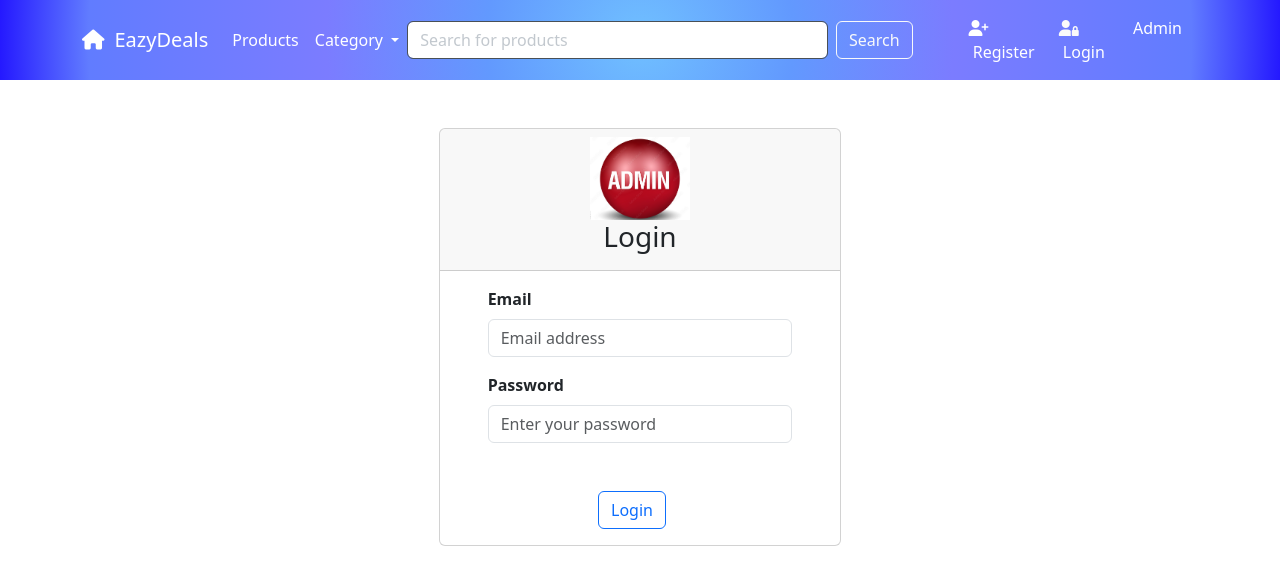
Repository: pratikp99/E-Commerce-Webapp-
Page: http://localhost/Revshop_WebApp/adminlogin.jsp
The author's editor kept a copy of each file at every save. The page is drawn from the files as they stood at one save, then again after the next save.
The browser window is 1280 px wide. The pictures show the whole page.
The page is served by Tomcat 10. Other server files are loaded and not shown. Queries for data that is not in the repository find no rows.

Above is the page before, as saved 2024-08-30 08:26:20.

### Revshop WebApp/src/main/webapp/adminlogin.jsp
<%@ page language="java" contentType="text/html; charset=ISO-8859-1"
	pageEncoding="ISO-8859-1"%>
<!DOCTYPE html>
<html>
<head>
<meta charset="ISO-8859-1">
<title>Admin Login</title>
<%@include file="Components/common_css_js.jsp"%>
<style>
label {
	font-weight: bold;
}
</style>
</head>
<body>
	<!--navbar -->
	<%@include file="Components/navbar.jsp"%>

	<div class="container-fluid">
		<div class="row mt-5">
			<div class="col-md-4 offset-md-4">
				<div class="card">
					<div class="card-header px-5">
						<div class="container text-center">
							<img src="Images/admin.png" style="max-width: 100px;"
								class="img-fluid">
						</div>
						<h3 class="text-center">Login</h3>
						<%@include file="Components/alert_message.jsp"%>
					</div>
					<div class="card-body px-5">
						<!--login-form-->
						<form id="login-form" action="login" method="post">
							<input type="hidden" name="login" value="admin">

							<div class="mb-3">
								<label class="form-label">Email</label> <input type="email"
									name="email" placeholder="Email address" class="form-control"
									required>
							</div>
							<div class="mb-2">
								<label class="form-label">Password</label> <input
									type="password" name="password"
									placeholder="Enter your password" class="form-control" required>
							</div>

							<div id="login-btn" class="container text-center mt-5">
								<button type="submit" class="btn btn-outline-primary me-3">Login</button>
							</div>
						</form>
					</div>
				</div>
			</div>
		</div>
	</div>

</body>
</html>

### Revshop WebApp/src/main/webapp/Components/common_css_js.jsp
<!--CSS-->
<link href="https://cdn.jsdelivr.net/npm/bootstrap@5.3.0/dist/css/bootstrap.min.css" rel="stylesheet" integrity="sha384-9ndCyUaIbzAi2FUVXJi0CjmCapSmO7SnpJef0486qhLnuZ2cdeRhO02iuK6FUUVM" crossorigin="anonymous">
<!--font awesome-->
<!--<link rel="stylesheet" href="https://cdnjs.cloudflare.com/ajax/libs/font-awesome/4.7.0/css/font-awesome.min.css">
-->
<link rel="stylesheet" href="https://cdnjs.cloudflare.com/ajax/libs/font-awesome/6.4.0/css/all.min.css">
<link rel="stylesheet" href="CSS/style.css"/>


<!--JavaScript-->
<script src="https://cdn.jsdelivr.net/npm/bootstrap@5.3.0/dist/js/bootstrap.bundle.min.js" integrity="sha384-geWF76RCwLtnZ8qwWowPQNguL3RmwHVBC9FhGdlKrxdiJJigb/j/68SIy3Te4Bkz" crossorigin="anonymous"></script>
<script src="JS/script.js"></script>

<!--jQuery-->
<script src="https://code.jquery.com/jquery-3.7.0.min.js" integrity="sha256-2Pmvv0kuTBOenSvLm6bvfBSSHrUJ+3A7x6P5Ebd07/g=" crossorigin="anonymous"></script>
<!--sweet alert-->
<script src="https://unpkg.com/sweetalert/dist/sweetalert.min.js"></script>
<script src="https://cdn.jsdelivr.net/npm/sweetalert2@11"></script>

### Revshop WebApp/src/main/webapp/Components/navbar.jsp
<%@page import="com.revature.ecom.DAO.categoryDAO"%>
<%@page import="com.revature.ecom.Models.adminModel"%>
<%@page import="com.revature.ecom.Models.cartModel"%>
<%@page import="com.revature.ecom.DAO.cartDAO"%>
<%@page import="com.revature.ecom.Models.userModel"%>
<%@page import="java.util.List"%>
<%@page import="com.revature.ecom.Models.categoryModel"%>
<%@page import="com.revature.ecom.Utils.DatabaseUtil"%>
<%@page import="com.revature.ecom.DAO.categoryDAO"%>
<%
userModel user = (userModel) session.getAttribute("activeUser");
adminModel admin = (adminModel) session.getAttribute("activeAdmin");

categoryDAO catDao = new categoryDAO(DatabaseUtil.getConnection());
List<categoryModel> categoryList = catDao.getAllCategories();
%>
<style>
.navbar {
	font-weight: 500;
}

.nav-link {
	color: rgb(255 255 255/ 100%) !important;
}

.dropdown-menu {
	background-color: #ffffff !important;
	border-color: #949494;
}

.dropdown-menu li a:hover {
	background-color: #808080 !important;
	color: white;
}
</style>
<nav class="navbar navbar-expand-lg custom-color" data-bs-theme="dark">

	<!-- admin nav bar -->
	<%
	if (admin != null) {
	%>
	<div class="container">
		<a class="navbar-brand" href="admin.jsp"><i
			class="fa-sharp fa-solid fa-house" style="color: #ffffff;"></i>&ensp;EazyDeals</a>
		<button class="navbar-toggler" type="button" data-bs-toggle="collapse"
			data-bs-target="#navbarSupportedContent"
			aria-controls="navbarSupportedContent" aria-expanded="false"
			aria-label="Toggle navigation">
			<span class="navbar-toggler-icon"></span>
		</button>
		<div class="collapse navbar-collapse" id="navbarSupportedContent">

			<div class="container text-end">
				<ul class="navbar-nav justify-content-end">
					<li class="nav-item"><button type="button"
							class="btn nav-link" data-bs-toggle="modal"
							data-bs-target="#add-category"><i class="fa-solid fa-plus fa-xs"></i>Add Category</button></li>
					<li class="nav-item"><button type="button"
							class="btn nav-link" data-bs-toggle="modal"
							data-bs-target="#add-product"><i class="fa-solid fa-plus fa-xs"></i>Add Product</button></li>
					<li class="nav-item"><a class="nav-link" aria-current="page"
						href="admin.jsp"><%=admin.getName()%></a></li>
					<li class="nav-item"><a class="nav-link" aria-current="page"
						href="LogoutServlet?user=admin"><i
							class="fa-solid fa-user-slash fa-sm" style="color: #fafafa;"></i>&nbsp;Logout</a></li>
				</ul>
			</div>
		</div>
	</div>
	<%
	} else {
	%>

	<!-- end -->

	<!-- for all -->
	<div class="container">
		<a class="navbar-brand" href="index.jsp"><i
			class="fa-sharp fa-solid fa-house" style="color: #ffffff;"></i>&ensp;EazyDeals</a>
		<button class="navbar-toggler" type="button" data-bs-toggle="collapse"
			data-bs-target="#navbarSupportedContent"
			aria-controls="navbarSupportedContent" aria-expanded="false"
			aria-label="Toggle navigation">
			<span class="navbar-toggler-icon"></span>
		</button>
		<div class="collapse navbar-collapse" id="navbarSupportedContent">
			<ul class="navbar-nav me-auto mb-2 mb-lg-0">
				<li class="nav-item"><a class="nav-link" href="products.jsp"
					role="button" aria-expanded="false"> Products </a>
				<li class="nav-item dropdown"><a
					class="nav-link dropdown-toggle" href="#" role="button"
					data-bs-toggle="dropdown" aria-expanded="false"> Category </a>
					<ul class="dropdown-menu">
						<li><a class="dropdown-item" href="products.jsp?category=0">All
								Products</a></li>
						<%
						for (categoryModel c : categoryList) {
						%>
						<li><a class="dropdown-item"
							href="products.jsp?category=<%=c.getCategoryId()%>"><%=c.getCategoryName()%></a></li>
						<%
						}
						%>
					</ul></li>
			</ul>
			<form class="d-flex pe-5" role="search" action="products.jsp"
				method="get">
				<input name="search" class="form-control me-2" size="50"
					type="search" placeholder="Search for products" aria-label="Search"
					style="background-color: white !important;">
				<button class="btn btn-outline-light" type="submit">Search</button>
			</form>

			<!-- when user is logged in -->
			<%
			if (user != null) {
				cartDAO cartDao = new cartDAO(DatabaseUtil.getConnection());
				int cartCount = cartDao.getCartCountByUserId(user.getUserId());
			%>
			<ul class="navbar-nav ml-auto">
				<li class="nav-item active pe-3"><a
					class="nav-link position-relative" aria-current="page"
					href="cart.jsp"><i class="fa-solid fa-cart-shopping"
						style="color: #ffffff;"></i> &nbsp;Cart<span
						class="position-absolute top-1 start-0 translate-middle badge rounded-pill bg-danger"><%=cartCount%></span></a></li>
				<li class="nav-item active pe-3"><a class="nav-link"
					aria-current="page" href="profile.jsp"><%=user.getUserName()%></a></li>
				<li class="nav-item pe-3"><a class="nav-link"
					aria-current="page" href="LogoutServlet?user=user"><i
						class="fa-solid fa-user-slash" style="color: #fafafa;"></i>&nbsp;Logout</a></li>
			</ul>
			<%
			} else {
			%>
			<ul class="navbar-nav ml-auto">
				<li class="nav-item active pe-2"><a class="nav-link"
					aria-current="page" href="register.jsp"> <i
						class="fa-solid fa-user-plus" style="color: #ffffff;"></i>&nbsp;Register
				</a></li>
				<li class="nav-item pe-2"><a class="nav-link"
					aria-current="page" href="login.jsp"><i
						class="fa-solid fa-user-lock" style="color: #fafafa;"></i>&nbsp;Login</a></li>
				<li class="nav-item pe-2"><a class="nav-link"
					aria-current="page" href="adminlogin.jsp">&nbsp;Admin</a></li>
			</ul>

		</div>
	</div>
	<%
	}
	}
	%>
	<!-- end  -->
</nav>

### Revshop WebApp/src/main/webapp/Components/alert_message.jsp
<%@page import="com.revature.ecom.Models.messageModel"%>
<%
messageModel messg = (messageModel) session.getAttribute("message");
if (messg != null) {
%>
<div class="alert <%=messg.getCssClass()%>" role="alert" id="alert">
	<%=messg.getMessage()%>
</div>
<%
session.removeAttribute("message");
}
%>
<script type="text/javascript">
	setTimeout(function() {
		$('#alert').alert('close');
	}, 3000);
</script>

### Revshop WebApp/src/main/java/com/revature/ecom/DAO/categoryDAO.java
package com.revature.ecom.DAO;
import com.revature.ecom.Models.categoryModel;

import java.sql.Connection;
import java.sql.PreparedStatement;
import java.sql.ResultSet;
import java.sql.SQLException;
import java.sql.Statement;
import java.util.ArrayList;
import java.util.List;

public class categoryDAO {
	private Connection con;

	public categoryDAO(Connection con) {
		super();
		this.con = con;
	}

	public boolean saveCategory(categoryModel category) {
		boolean flag = false;

		try {
			String query = "insert into category(name, image) values(?, ?)";
			PreparedStatement psmt = this.con.prepareStatement(query);
			psmt.setString(1, category.getCategoryName());
			psmt.setString(2, category.getCategoryImage());

			psmt.executeUpdate();
			flag = true;

		} catch (SQLException e) {
			e.printStackTrace();
		}
		return flag;
	}

	public List<categoryModel> getAllCategories() {

		List<categoryModel> list = new ArrayList<>();
		try {

			String query = "select * from category";
			Statement statement = this.con.createStatement();

			ResultSet rs = statement.executeQuery(query);
			while (rs.next()) {
				categoryModel category = new categoryModel();
				category.setCategoryId(rs.getInt("cid"));
				category.setCategoryName(rs.getString("name"));
				category.setCategoryImage(rs.getString("image"));

				list.add(category);
			}
		} catch (Exception e) {
			e.printStackTrace();
		}

		return list;
	}
	public categoryModel getCategoryById(int cid) {
		categoryModel category = new categoryModel();
		try {
			String query = "select * from category where cid = ?";
			PreparedStatement psmt = this.con.prepareStatement(query);
			psmt.setInt(1, cid);
			ResultSet rs = psmt.executeQuery();
			while (rs.next()) {
				category.setCategoryId(rs.getInt("cid"));
				category.setCategoryName(rs.getString("name"));
				category.setCategoryImage(rs.getString("image"));
			}
		} catch (Exception e) {
			e.printStackTrace();
		}
		return category;
	}
	public String getCategoryName(int catId) {
		String category = "";
		try {
			String query = "select * from category where cid = ?";
			PreparedStatement psmt = this.con.prepareStatement(query);
			psmt.setInt(1, catId);
			ResultSet rs = psmt.executeQuery();
			while (rs.next()) {
				category = rs.getString("name");
			}

		} catch (Exception e) {
			e.printStackTrace();
		}
		return category;
	}

	public void updateCategory(categoryModel cat) {
		try {
			String query = "update category set name=?, image=? where cid=?";
			PreparedStatement psmt = this.con.prepareStatement(query);
			psmt.setString(1, cat.getCategoryName());
			psmt.setString(2, cat.getCategoryImage());
			psmt.setInt(3, cat.getCategoryId());

			psmt.executeUpdate();
		} catch (Exception e) {
			e.printStackTrace();
		}
	}

	public void deleteCategory(int cid) {
		try {
			String query = "delete from category where cid = ?";
			PreparedStatement psmt = this.con.prepareStatement(query);
			psmt.setInt(1, cid);

			psmt.executeUpdate();

		} catch (Exception e) {
			e.printStackTrace();
		}
	}
	public int categoryCount() {
		int count = 0;
		try {
			String query = "select count(*) from category";
			Statement stmt = con.createStatement();
			ResultSet rs = stmt.executeQuery(query);
			rs.next();
			count = rs.getInt(1);
		} catch (Exception e) {
			e.printStackTrace();
		}
		return count;
	}
}

### Revshop WebApp/src/main/java/com/revature/ecom/Utils/DatabaseUtil.java
package com.revature.ecom.Utils;

import java.io.IOException;
import java.io.InputStream;
import java.sql.Connection;
import java.sql.DriverManager;
import java.sql.SQLException;
import java.util.Properties;

public class DatabaseUtil {
    private static Connection conn;

    public static Connection getConnection() throws ClassNotFoundException {
        if (conn == null) {
            try {
                Properties props = new Properties();
                InputStream inputStream = DatabaseUtil.class.getClassLoader().getResourceAsStream("utils.properties");
                props.load(inputStream);

                String url = props.getProperty("db.url");
                String username = props.getProperty("db.username");
                String password = props.getProperty("db.password");

                try {
                    Class.forName("com.mysql.cj.jdbc.Driver");
                } catch (ClassNotFoundException e) {
                    throw new RuntimeException("Error loading MySQL JDBC driver", e);
                }

                conn = DriverManager.getConnection(url, username, password);
            } catch (IOException | SQLException e) {
                throw new RuntimeException("Error establishing database connection", e);
            }
        }
        return conn;
    }
}

### Revshop WebApp/src/main/webapp/CSS/style.css
.custom-color {
	/*background: linear-gradient(90deg, rgba(198,245,255,1) 0%, rgba(137,182,254,1) 28%, rgba(123,124,255,1) 58%, rgba(105,97,255,1) 87%, rgba(36,24,255,1) 100%);
*/
	background: radial-gradient(circle, rgba(112, 192, 255, 1) 0%, rgba(98, 153, 254, 1) 24%, rgba(123, 124, 255, 1) 49%, rgba(97, 124, 255, 1) 86%, rgba(36, 24, 255, 1) 100%);
}

Loaded but not shown: Revshop WebApp/src/main/webapp/JS/script.js (common file)

After the next save:
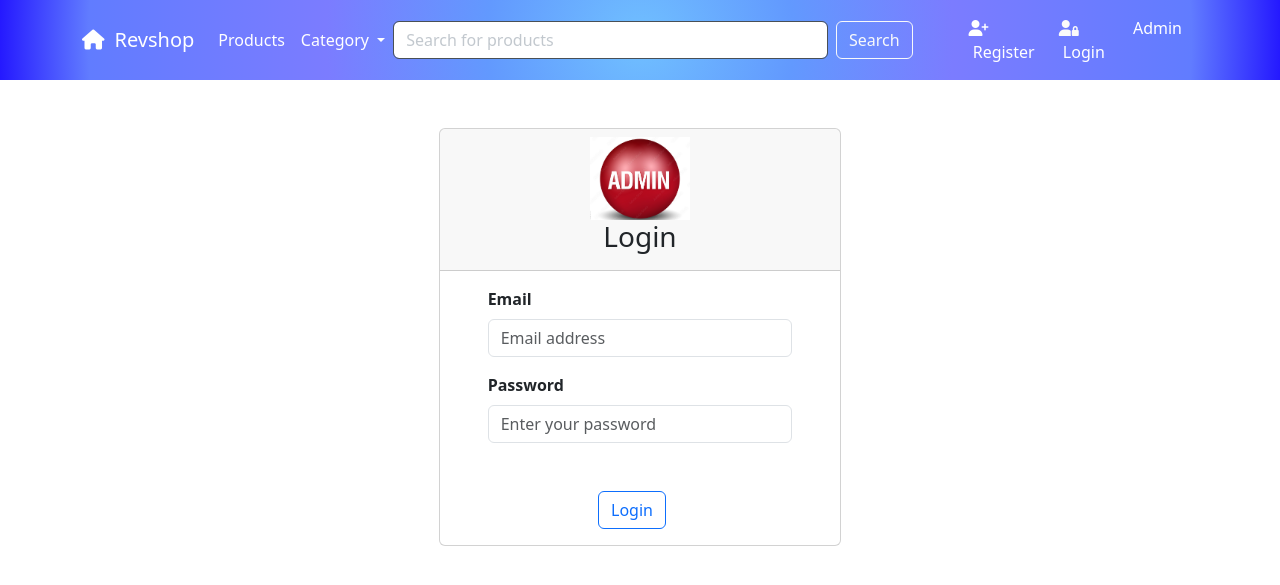
Saved 6 min 11 s later.
--- a/Revshop WebApp/src/main/webapp/Components/navbar.jsp
+++ b/Revshop WebApp/src/main/webapp/Components/navbar.jsp
@@ -41,7 +41,7 @@ List<categoryModel> categoryList = catDao.getAllCategories();
 	%>
 	<div class="container">
 		<a class="navbar-brand" href="admin.jsp"><i
-			class="fa-sharp fa-solid fa-house" style="color: #ffffff;"></i>&ensp;EazyDeals</a>
+			class="fa-sharp fa-solid fa-house" style="color: #ffffff;"></i>&ensp;Revshop</a>
 		<button class="navbar-toggler" type="button" data-bs-toggle="collapse"
 			data-bs-target="#navbarSupportedContent"
 			aria-controls="navbarSupportedContent" aria-expanded="false"
@@ -61,7 +61,7 @@ List<categoryModel> categoryList = catDao.getAllCategories();
 					<li class="nav-item"><a class="nav-link" aria-current="page"
 						href="admin.jsp"><%=admin.getName()%></a></li>
 					<li class="nav-item"><a class="nav-link" aria-current="page"
-						href="LogoutServlet?user=admin"><i
+						href="logout?user=admin"><i
 							class="fa-solid fa-user-slash fa-sm" style="color: #fafafa;"></i>&nbsp;Logout</a></li>
 				</ul>
 			</div>
@@ -76,7 +76,7 @@ List<categoryModel> categoryList = catDao.getAllCategories();
 	<!-- for all -->
 	<div class="container">
 		<a class="navbar-brand" href="index.jsp"><i
-			class="fa-sharp fa-solid fa-house" style="color: #ffffff;"></i>&ensp;EazyDeals</a>
+			class="fa-sharp fa-solid fa-house" style="color: #ffffff;"></i>&ensp;Revshop</a>
 		<button class="navbar-toggler" type="button" data-bs-toggle="collapse"
 			data-bs-target="#navbarSupportedContent"
 			aria-controls="navbarSupportedContent" aria-expanded="false"
@@ -126,7 +126,7 @@ List<categoryModel> categoryList = catDao.getAllCategories();
 				<li class="nav-item active pe-3"><a class="nav-link"
 					aria-current="page" href="profile.jsp"><%=user.getUserName()%></a></li>
 				<li class="nav-item pe-3"><a class="nav-link"
-					aria-current="page" href="LogoutServlet?user=user"><i
+					aria-current="page" href="logout?user=user"><i
 						class="fa-solid fa-user-slash" style="color: #fafafa;"></i>&nbsp;Logout</a></li>
 			</ul>
 			<%
